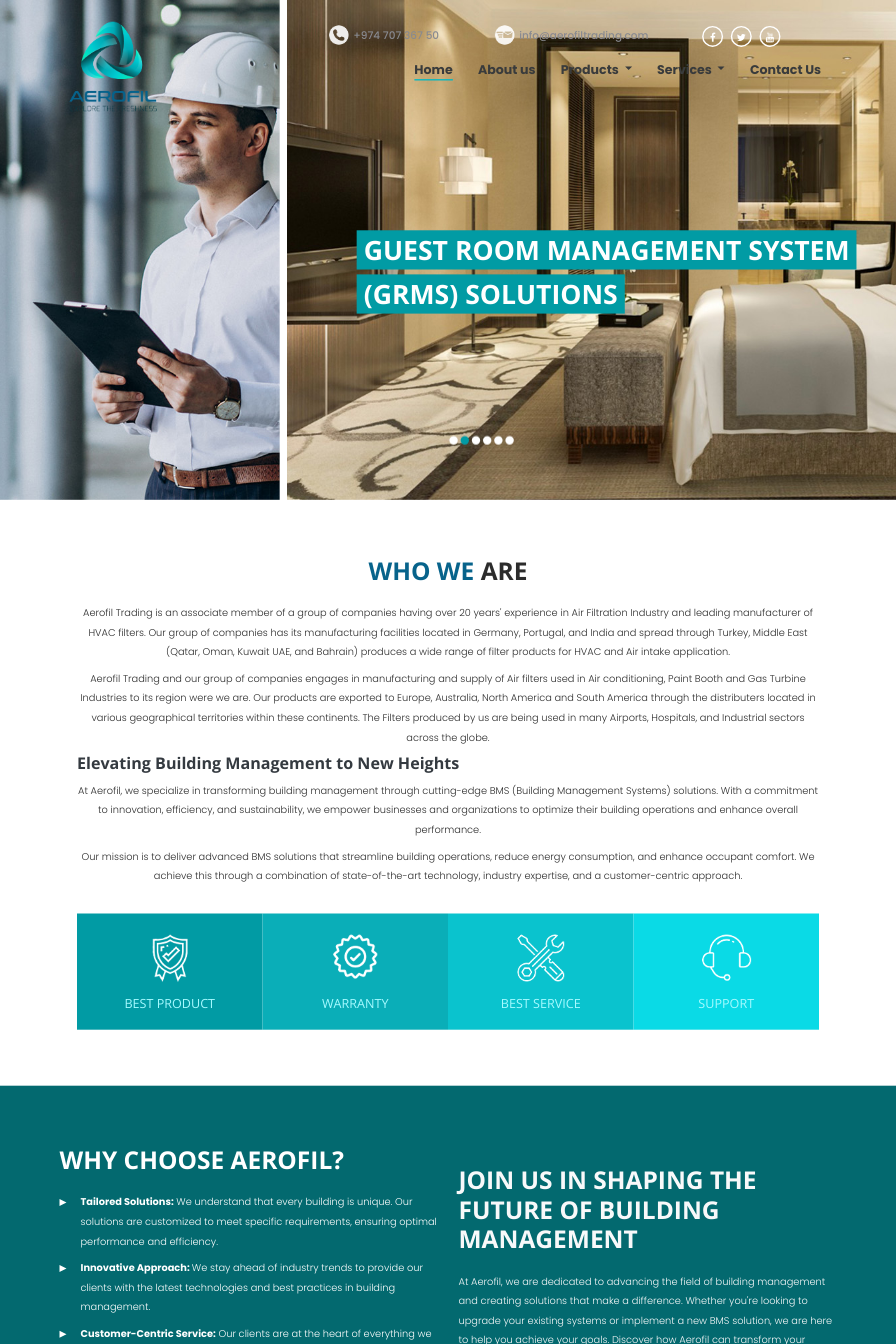
Repository: aslamvrtly/aerofil
Page: index.html
An editor plug-in stored every save of this project. The page is shown before and after a run of saves, followed by the edit.
The browser window is 1280 px wide. The pictures show the part of the page from y = 0 to 1920 px (the page is 5222 px tall), at 70% of full size.

Above is the page before, as saved 2024-09-05 14:40:54.

After the next 2 saves:
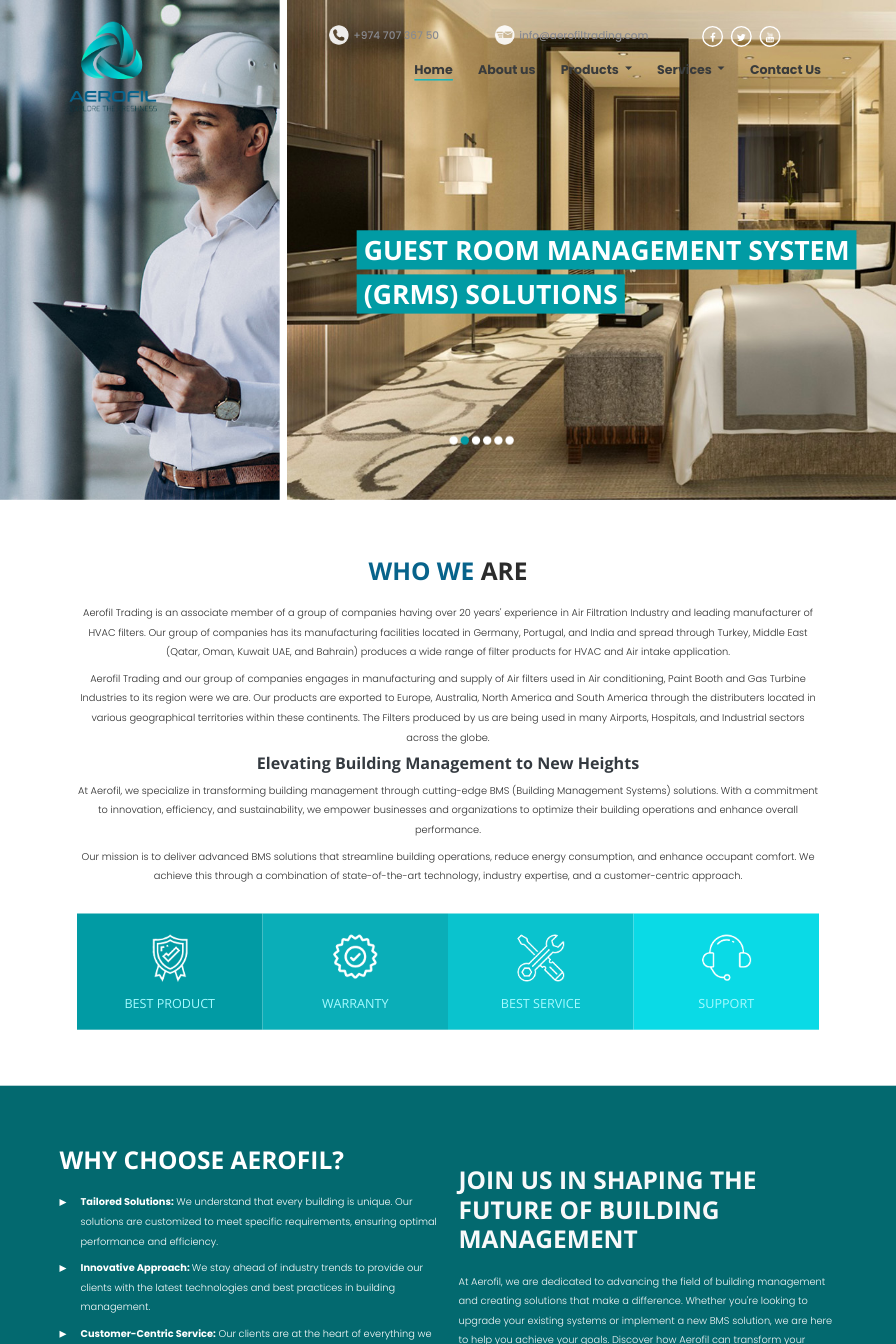
The 2 saves are shown as one change because they came seconds apart.
The last was saved 5 s later.
--- a/index.html
+++ b/index.html
@@ -181,7 +181,7 @@
 						South America through the distributers located in various geographical
 						territories within these continents. The Filters produced by us are being used in many Airports,
 						Hospitals, and Industrial sectors across the globe.</p>
-						<h3 class="font-weight-bold text-dark">Elevating Building Management to New Heights</h3>
+						<h3 class="text-center font-weight-bold text-dark">Elevating Building Management to New Heights</h3>
 					<p class="text-center">
 						At Aerofil, we specialize in transforming building management through cutting-edge BMS (Building
 						Management Systems) solutions. With a commitment to innovation, efficiency, and sustainability,
